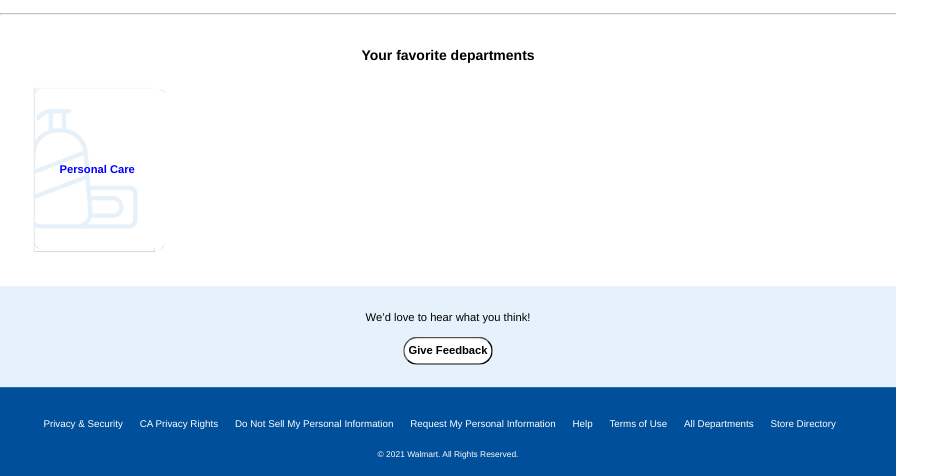
Repository: Sadia-Naveed-Shaikh/Walmart
Page: Task.html
These files come from the project's save history. The page is drawn as it stood at one moment and after the next save; the edit follows.
The browser window is 1280 px wide. The page is 1330 px wide, so the pictures cover 1330 px, including what lies to the right of the window. The pictures show the part of the page from y = 1623 to 3463 px (the page is 2303 px tall before and 3463 px after), at 70% of full size.
Some web libraries are served in a nearby version.

Above is the page before, as saved 2021-10-17 02:53:10.

After the next save:
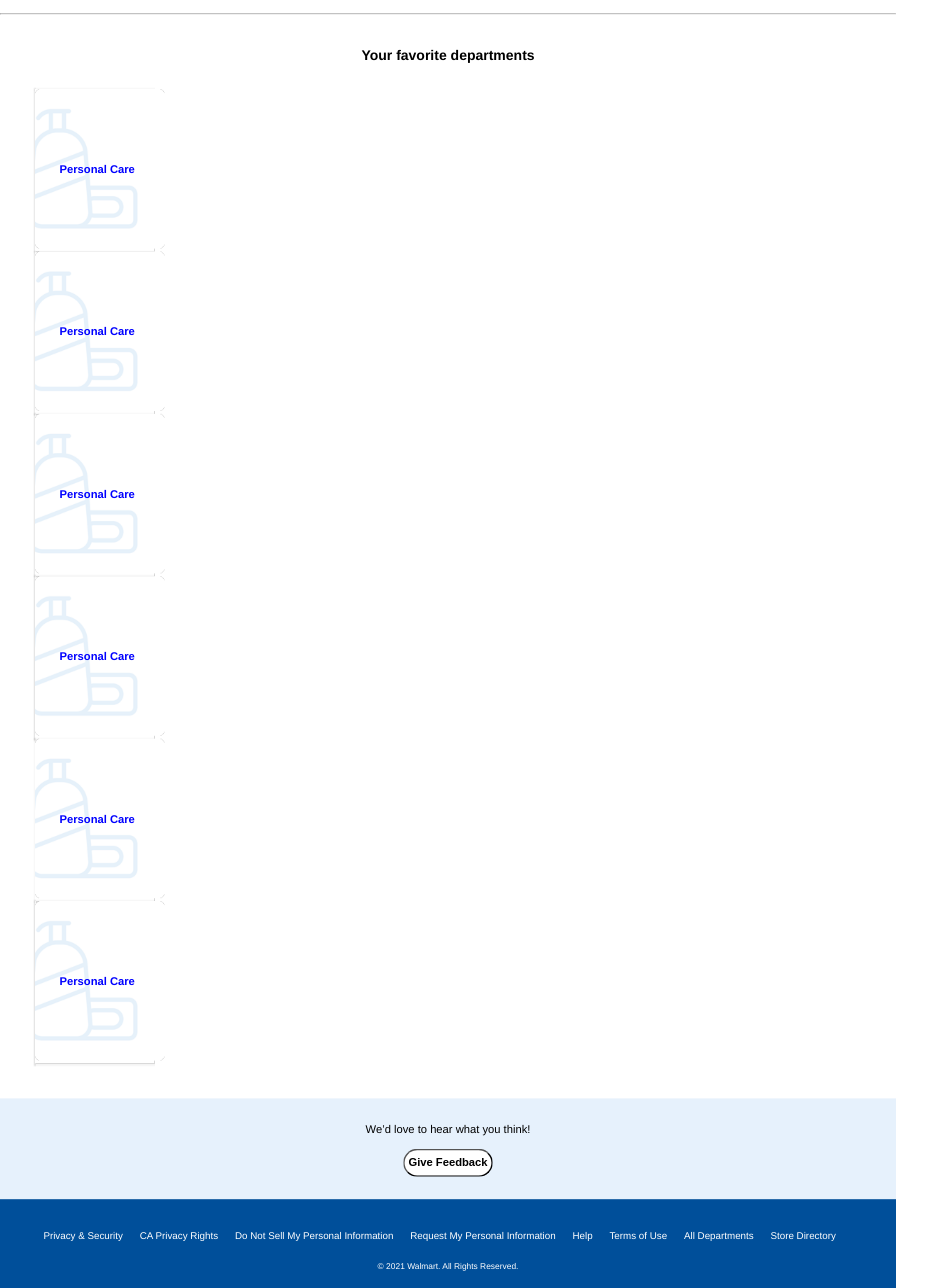
Saved 25 s later.
--- a/Task.html
+++ b/Task.html
@@ -413,6 +413,46 @@
                             Personal Care
                         </p>
                     </div>
+                    <div style="width: 170px; left:50px; box-shadow: 0 1px 2px 2px rgb(0 0 0 / 15%);  "
+                        class="relative">
+                        <img src="images/New folder/New folder/6.png" />
+                        <p
+                            style="position: absolute; top:90px; left:35px; color: blue; font-weight: bold; font-size: 16px;">
+                            Personal Care
+                        </p>
+                    </div>
+                    <div style="width: 170px; left:50px; box-shadow: 0 1px 2px 2px rgb(0 0 0 / 15%);  "
+                        class="relative">
+                        <img src="images/New folder/New folder/6.png" />
+                        <p
+                            style="position: absolute; top:90px; left:35px; color: blue; font-weight: bold; font-size: 16px;">
+                            Personal Care
+                        </p>
+                    </div>
+                    <div style="width: 170px; left:50px; box-shadow: 0 1px 2px 2px rgb(0 0 0 / 15%);  "
+                        class="relative">
+                        <img src="images/New folder/New folder/6.png" />
+                        <p
+                            style="position: absolute; top:90px; left:35px; color: blue; font-weight: bold; font-size: 16px;">
+                            Personal Care
+                        </p>
+                    </div>
+                    <div style="width: 170px; left:50px; box-shadow: 0 1px 2px 2px rgb(0 0 0 / 15%);  "
+                        class="relative">
+                        <img src="images/New folder/New folder/6.png" />
+                        <p
+                            style="position: absolute; top:90px; left:35px; color: blue; font-weight: bold; font-size: 16px;">
+                            Personal Care
+                        </p>
+                    </div>
+                    <div style="width: 170px; left:50px; box-shadow: 0 1px 2px 2px rgb(0 0 0 / 15%);  "
+                        class="relative">
+                        <img src="images/New folder/New folder/6.png" />
+                        <p
+                            style="position: absolute; top:90px; left:35px; color: blue; font-weight: bold; font-size: 16px;">
+                            Personal Care
+                        </p>
+                    </div>
                 </div>
         </div>
 
